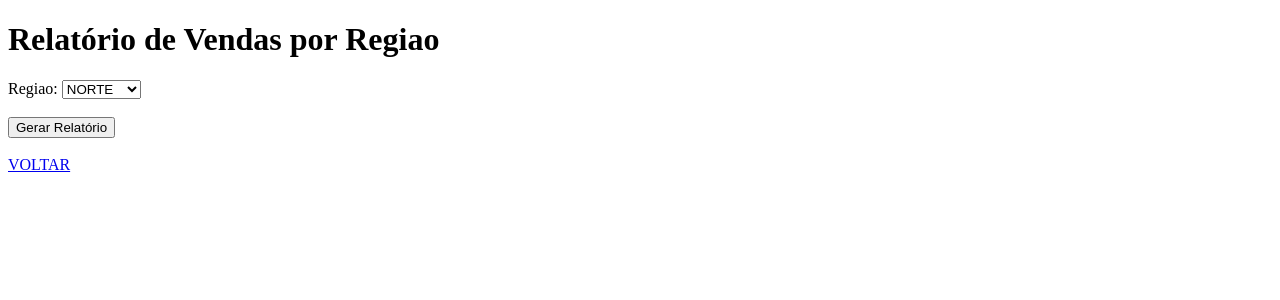
Repository: gabriellacrystina/workspaceWeb
Page: http://localhost/PrjVendas/RelatorioVendasRegiao.jsp
An editor plug-in stored every save of this project. The page is shown before and after the next save, followed by the edit.
The browser window is 1280 px wide. The pictures show the whole page.
The page is served by Tomcat 9. Other server files are loaded and not shown.

Above is the page before, as saved 2015-09-23 18:14:30.

### PrjVendas/WebContent/RelatorioVendasRegiao.jsp
<%@ page language="java" contentType="text/html; charset=ISO-8859-1"
    pageEncoding="ISO-8859-1"%>
<%@ page import="Modelo.Regiao" %>
<!DOCTYPE html PUBLIC "-//W3C//DTD HTML 4.01 Transitional//EN" "http://www.w3.org/TR/html4/loose.dtd">
<html>
	<head>
	<meta http-equiv="Content-Type" content="text/html; charset=ISO-8859-1">
	<title>Relatorio por Regiao</title>
	</head>
	<body>
		<form action="RelatorioVendasRegiao" method="post">
		<h1>Relatório de Vendas por Regiao</h1>


		Regiao:
		<select name="regiao">
			<%
				for(Regiao regiao: Regiao.values()){
				%>
					<option value = "<%=regiao.name()%>"><%=regiao.name()%></option>
				<%
				}
			%>
		</select><br><br>
		<input type="submit" name="btnSubmit" value="Gerar Relatório"><br><br>
		</form>

		<a href="Menu.jsp">VOLTAR</a><br>
	</body>
</html>

### PrjVendas/src/Modelo/Regiao.java
package Modelo;

public enum Regiao {
	NORTE, SUL, LESTE, OESTE, CENTRO;
}

After the next save:
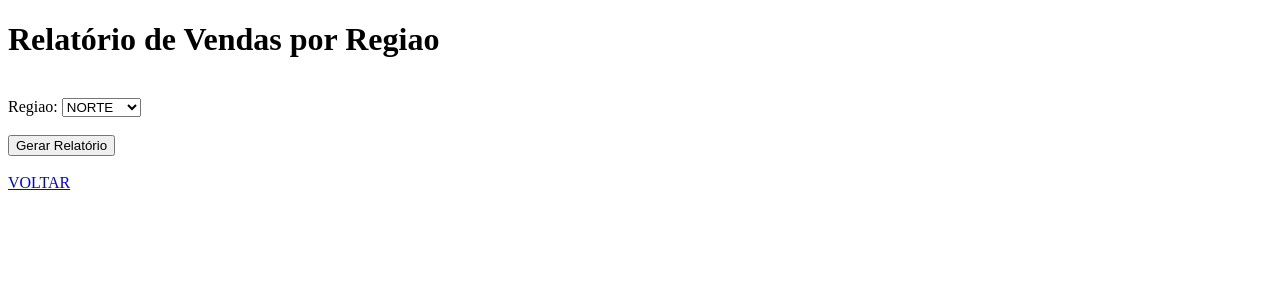
Saved 50 s later.
--- a/PrjVendas/WebContent/RelatorioVendasRegiao.jsp
+++ b/PrjVendas/WebContent/RelatorioVendasRegiao.jsp
@@ -9,8 +9,7 @@
 	</head>
 	<body>
 		<form action="RelatorioVendasRegiao" method="post">
-		<h1>Relatório de Vendas por Regiao</h1>
-
+		<h1>Relatório de Vendas por Regiao</h1><br>
 
 		Regiao:
 		<select name="regiao">
